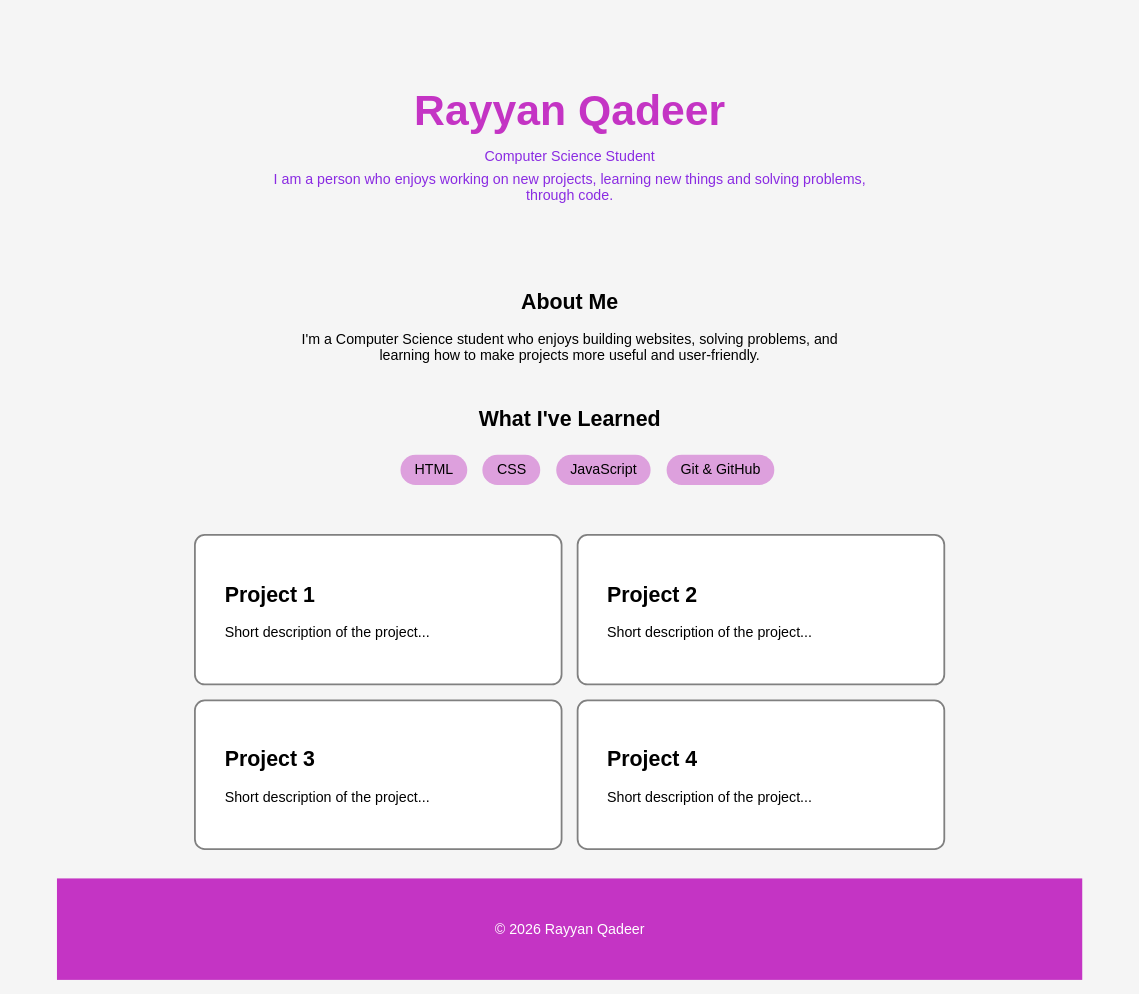
Repository: rayyan-qadeer/rayyan-qadeer
Page: index.html
An editor plug-in stored every save of this project. The page is shown before and after the next save, followed by the edit.
The browser window is 1280 px wide. The pictures show the whole page, at 89% of full size.

Above is the page before, as saved 2026-05-06 13:33:35.

### index.html
<!doctype html>
<html lang="en">
  <head>
    <meta charset="UTF-8" />
    <meta name="viewport" content="width=device-width, initial-scale=1.0" />
    <title>Rayyan Qadeer Portfolio</title>
    <link rel="stylesheet" href="./styles/globals.css" />
    <link rel="stylesheet" href="./styles/index.css" />
  </head>
  <body>
    <main>
      <header> <!-- header is clear, but the intro could be a bit more personal -->
        <h1>Rayyan Qadeer</h1>
        <p class="subtitle">Computer Science Student</p>
        <p class="description">
          I am a person who enjoys working on new projects, learning new things and solving problems, through code.
        </p>
      </header>

      <section class ="about">
        <h2>About Me</h2>
        <p>I'm a Computer Science student who enjoys building websites, solving problems, and learning how to make projects more useful and user-friendly.
        </p>
      </section>

      <section class ="skills">
        <h2>What I've Learned</h2>
        <ul>
          <li>HTML</li>
          <li>CSS</li>
          <li>JavaScript</li>
          <li>Git & GitHub</li>
        </ul>
      </section>

      <section class="projects"> <!-- add more specificity to each project cards title and description instead of placeholder text -->
        <article class="card">
          <h2>Project 1</h2>
          <p>Short description of the project...</p>
        </article>

        <article class="card">
          <h2>Project 2</h2>
          <p>Short description of the project...</p>
        </article>

        <article class="card">
          <h2>Project 3</h2>
          <p>Short description of the project...</p>
        </article>

        <article class="card">
          <h2>Project 4</h2>
          <p>Short description of the project...</p>
        </article>
      </section>

      <footer>
        <p>© 2026 Rayyan Qadeer</p> <!-- the footer works, but its a bit too simple, should include contact links later to make my portfolio stronger -->
      </footer>
    </main>
  </body>
</html>

### styles/globals.css
body {
    margin: 0rem;
    font-family: Arial, Helvetica, sans-serif;
    background-color: whitesmoke;
    color: black;
}

### styles/index.css
main {
  padding: 1rem;
  max-width: 90%;
  margin: 0 auto;
}

header {
  text-align: center;
  margin-bottom: 3rem;
  padding: 3rem 1rem;
}

header h1 {
  font-size: 3rem;
  margin-bottom: 0.5rem;
  color: rgb(196, 52, 196);
}

.subtitle {
  color: blueviolet;
  margin-bottom: 0.5rem;
}

.description {
  max-width: 43.75rem; /* should be % */
  margin: 0 auto;
  color: blueviolet;
}

.about,
.skills {
  text-align: center;
  max-width: 650px; /* should be % */
  margin: 3rem auto;
}

.skills li {
  display: inline-block;
  margin: 0.4rem;
  padding: 0.5rem 1rem;
  background-color: plum;
  border-radius: 1.25rem;
}

.projects {
  display: flex;
  flex-direction: column;
  gap: 1rem;
  margin: 2rem auto;
}

.card {
  background-color: white;
  padding: 2rem;
  border-radius: 0.75rem;
  border: 2px solid gray;
}

/* hover effect works, but it should still b checked on mobile where hover is not useful*/
.card:hover {
  transform: translateY(-4px);
  background-color: plum;
}

footer {
  text-align: center;
  margin-top: 2rem;
  padding: 2rem;
  background-color: rgb(196, 52, 196);
  color: white;
}

/* responsive breakpoints are there, but layout should still be checked and tested on iphone se, pixel 7, ipad mini and ipad pro */
@media (min-width: 768px) {
  .projects {
    flex-direction: row;
    flex-wrap: wrap;
    justify-content: center;
  }

  .card {
    width: 48%;
  }
}

@media (min-width: 1024px) {
  .card {
    width: 30%;
  }
}

After the next save:
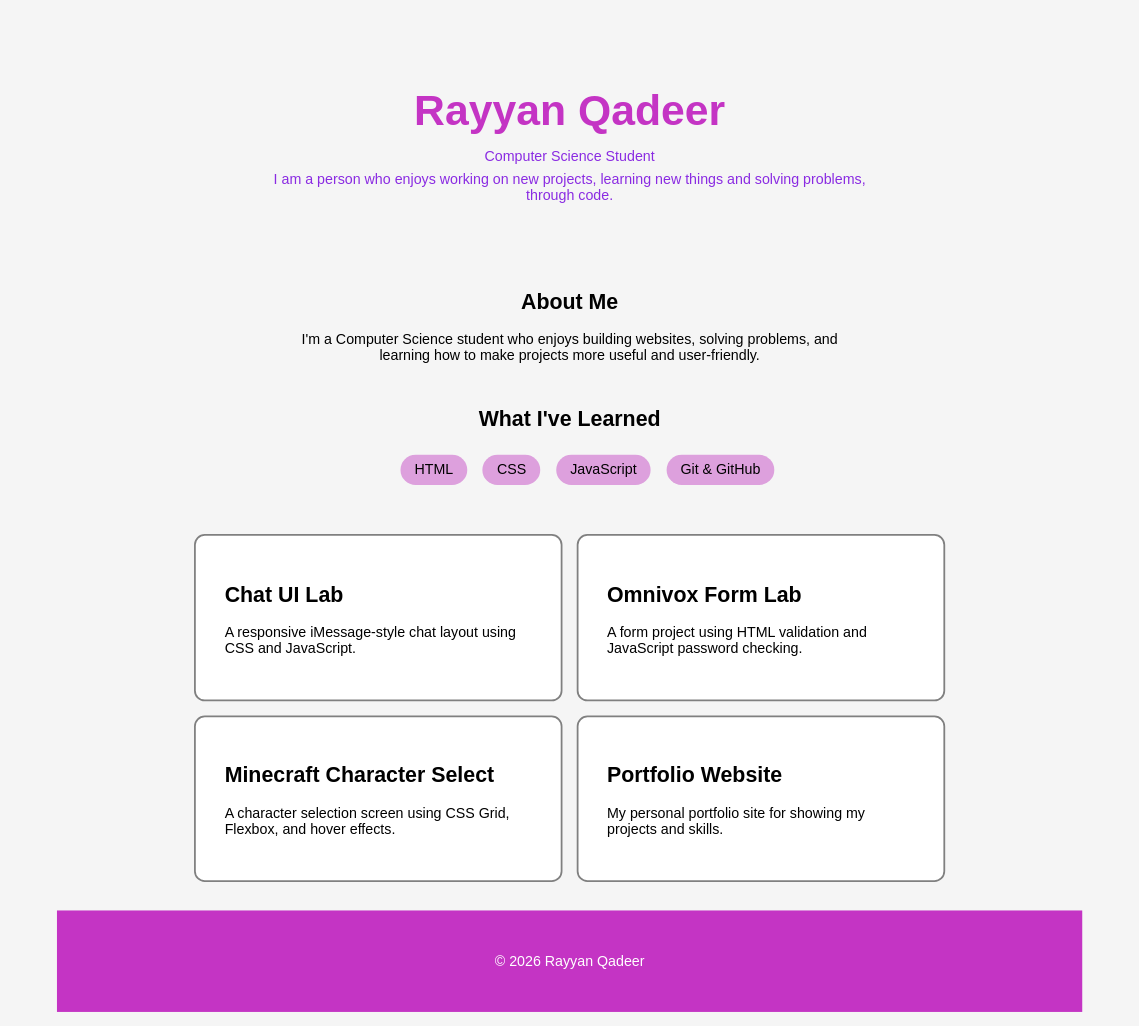
Saved 93 s later.
--- a/index.html
+++ b/index.html
@@ -9,21 +9,26 @@
   </head>
   <body>
     <main>
-      <header> <!-- header is clear, but the intro could be a bit more personal -->
+      <header>
+        <!-- header is clear, but the intro could be a bit more personal -->
         <h1>Rayyan Qadeer</h1>
         <p class="subtitle">Computer Science Student</p>
         <p class="description">
-          I am a person who enjoys working on new projects, learning new things and solving problems, through code.
+          I am a person who enjoys working on new projects, learning new things
+          and solving problems, through code.
         </p>
       </header>
 
-      <section class ="about">
+      <section class="about">
         <h2>About Me</h2>
-        <p>I'm a Computer Science student who enjoys building websites, solving problems, and learning how to make projects more useful and user-friendly.
+        <p>
+          I'm a Computer Science student who enjoys building websites, solving
+          problems, and learning how to make projects more useful and
+          user-friendly.
         </p>
       </section>
 
-      <section class ="skills">
+      <section class="skills">
         <h2>What I've Learned</h2>
         <ul>
           <li>HTML</li>
@@ -33,30 +38,40 @@
         </ul>
       </section>
 
-      <section class="projects"> <!-- add more specificity to each project cards title and description instead of placeholder text -->
+      <section class="projects">
+        <!-- add more specificity to each project cards title and description instead of placeholder text -->
         <article class="card">
-          <h2>Project 1</h2>
-          <p>Short description of the project...</p>
+          <h2>Chat UI Lab</h2>
+          <p>
+            A responsive iMessage-style chat layout using CSS and JavaScript.
+          </p>
         </article>
 
         <article class="card">
-          <h2>Project 2</h2>
-          <p>Short description of the project...</p>
+          <h2>Omnivox Form Lab</h2>
+          <p>
+            A form project using HTML validation and JavaScript password
+            checking.
+          </p>
         </article>
 
         <article class="card">
-          <h2>Project 3</h2>
-          <p>Short description of the project...</p>
+          <h2>Minecraft Character Select</h2>
+          <p>
+            A character selection screen using CSS Grid, Flexbox, and hover
+            effects.
+          </p>
         </article>
 
         <article class="card">
-          <h2>Project 4</h2>
-          <p>Short description of the project...</p>
+          <h2>Portfolio Website</h2>
+          <p>My personal portfolio site for showing my projects and skills.</p>
         </article>
       </section>
 
       <footer>
-        <p>© 2026 Rayyan Qadeer</p> <!-- the footer works, but its a bit too simple, should include contact links later to make my portfolio stronger -->
+        <p>© 2026 Rayyan Qadeer</p>
+        <!-- the footer works, but its a bit too simple, should include contact links later to make my portfolio stronger -->
       </footer>
     </main>
   </body>
